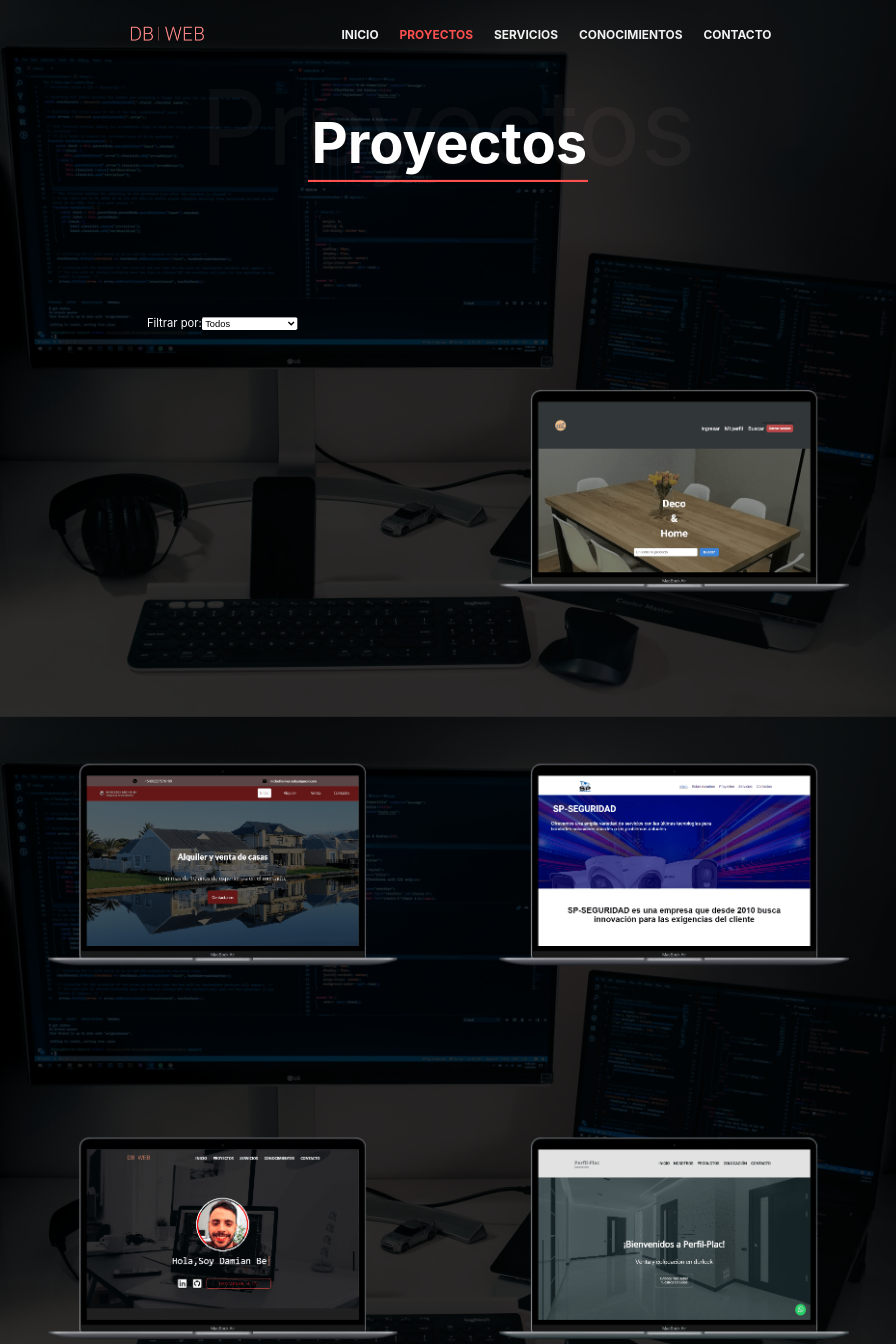
Repository: DamianBermudez94/DB-Porfolio
Page: /proyecto
An editor plug-in stored every save of this project. The page is shown before and after a run of saves, followed by the edit.
The browser window is 1280 px wide. The pictures show the part of the page from y = 0 to 1920 px (the page is 3360 px tall before and 2877 px after), at 70% of full size.
Backgrounds fixed to the window are drawn as part of the page. Some web libraries are served in a nearby version. The project was rebuilt for these pictures with package versions that can differ from the ones it lists, and the page was loaded fresh each time. Also part of the build but not shown: vite.config.js, src/components/TextoCustom/styles.css, src/components/TextoCustom/CustomText.jsx, src/components/Home/styles.css, src/components/Home/Home.jsx, src/pages/Inicio.jsx, src/components/Servicios/styles.css, src/components/Servicios/Service.jsx and 8 more.

Above is the page before, as saved 2024-04-01 11:36:22.

After the next 2 saves:
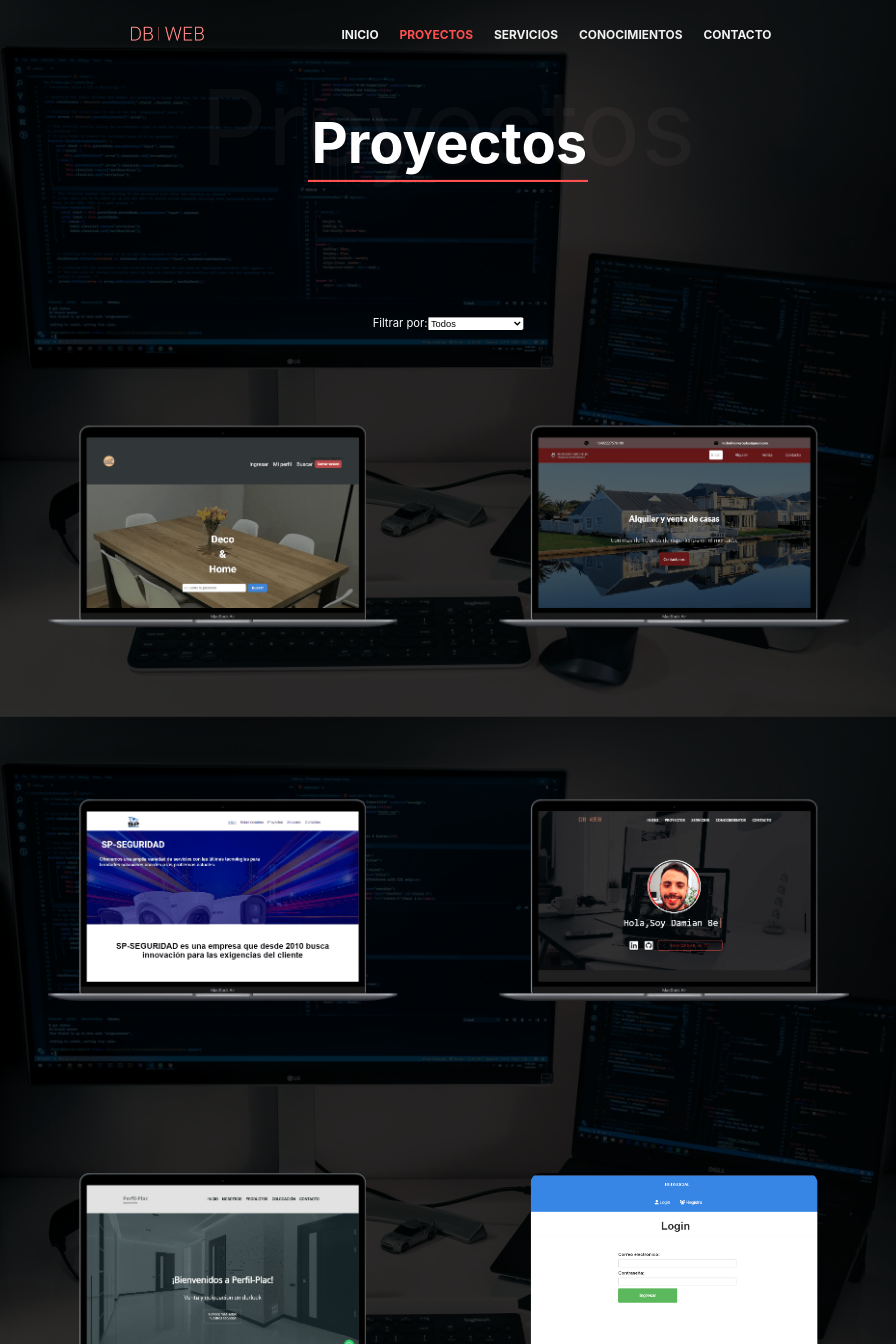
The 2 saves are shown as one change because they came seconds apart.
The last was saved 13 s later.
--- a/src/components/Proyectos/styles.css
+++ b/src/components/Proyectos/styles.css
@@ -36,6 +36,7 @@
 }
 .container-filtro{
   width: 100%;
+  grid-column: span 2;
 }
 .card-proyectos {
   width: 100%;
